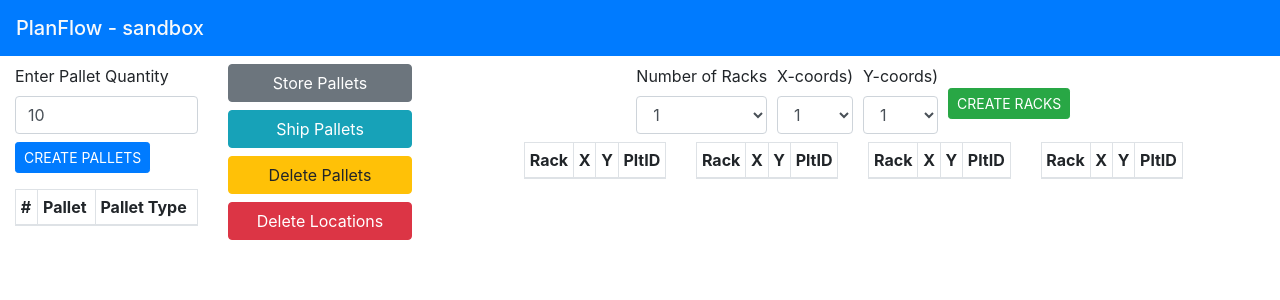
Repository: gholler76/planflow
Page: http://localhost/planflow/WEB-INF/home.jsp
These files come from the project's save history. The page is drawn as it stood at one moment and after the next save; the edit follows.
The browser window is 1280 px wide. The pictures show the whole page.
The page is served by Tomcat 9. Nobody is signed in. Other server files are loaded and not shown. The template is opened directly, without the code that normally fills it, so the values that code supplies are empty.

Above is the page before, as saved 2021-05-28 13:59:45.

### planflow/src/main/webapp/WEB-INF/home.jsp
<%@ page language="java" contentType="text/html; charset=UTF-8" pageEncoding="UTF-8"%>
<%@ taglib prefix="c" uri="http://java.sun.com/jsp/jstl/core"%>
<%@ taglib prefix="form" uri="http://www.springframework.org/tags/form"%>
<%@ page isErrorPage="true"%>
<%@ taglib prefix="fmt" uri="http://java.sun.com/jsp/jstl/fmt" %>
<%@ taglib prefix="fn" uri="http://java.sun.com/jsp/jstl/functions" %>

<!DOCTYPE html>
<html>
<head>
    <meta charset="UTF-8">
    <title>PlanFlow</title>
    <script src="https://code.jquery.com/jquery-3.5.1.slim.min.js" integrity="sha384-DfXdz2htPH0lsSSs5nCTpuj/zy4C+OGpamoFVy38MVBnE+IbbVYUew+OrCXaRkfj" crossorigin="anonymous"></script>
	<script src="https://cdn.jsdelivr.net/npm/bootstrap@4.6.0/dist/js/bootstrap.bundle.min.js" integrity="sha384-Piv4xVNRyMGpqkS2by6br4gNJ7DXjqk09RmUpJ8jgGtD7zP9yug3goQfGII0yAns" crossorigin="anonymous"></script>
    <link rel="stylesheet" href="https://cdn.jsdelivr.net/npm/bootstrap@4.6.0/dist/css/bootstrap.min.css" integrity="sha384-B0vP5xmATw1+K9KRQjQERJvTumQW0nPEzvF6L/Z6nronJ3oUOFUFpCjEUQouq2+l" crossorigin="anonymous">
</head>
<body>
	<nav class="navbar text-light bg-primary">
		<span class="navbar-brand mb-0 h1">PlanFlow - sandbox</span>
 		<div class="collapse navbar-collapse" id="navbarNavAltMarkup">
 			<div class="navbar-nav">
		      	<a class="nav-link active" href="#">Home <span class="sr-only">(current)</span></a>
		      	<a class="nav-link" href="#">Assumptions</a>
		      	<a class="nav-link" href="#">Ops Variables</a>
		      	<a class="nav-link" href="#">Warehouse Layout</a>
		      	<a class="nav-link" href="#">ERD</a>
	    	</div>
    	</div>
	</nav>
	<div class="container-fluid">
		<div class="row justify-content-between">
			<div class="col-2">
				<form action="/pallets" method="post" class="mt-2">
			      	<div class="form-group">
			      		<Label for="qty" class="form-label">Enter Pallet Quantity</Label>
			      		<input type="number" class="form-control" name="qty" value=10 />
			      		<input type="submit" value="CREATE PALLETS" class="btn btn-sm btn-primary mt-2"/>
			    	</div>
			    </form>
				<table class="table table-bordered table-sm">
					<thead>
						<tr>
							<th>#</th>
							<th>Pallet</th>
							<th>Pallet Type</th>
						</tr>
					</thead>
					<tbody>
						<c:set var="count" value="0" scope="page" />
						<c:forEach var="pallet" items="${pallets}">
						<c:if test="${pallet.location eq null }">
						<tr class="small">
							<th scope="row"><c:set var="count" value="${count + 1}" scope="page"/>${count}</th>
							<td>${pallet.palletid}</td>
							<td>${pallet.ptype}</td>
						</tr>
	 					</c:if>
						</c:forEach>
					</tbody>
				</table>
	 	 	</div>
	 	 	<div class="col-2">
				<form action="/move" method="post">
			  		<input class="btn btn-secondary mt-2 mb-2 btn-block" type="submit" value="Store Pallets">
			  		<input class="btn btn-info mb-2 btn-block" type="submit" value="Ship Pallets" formaction="/ship">
			  		<input class="btn btn-warning mb-2 btn-block" type="submit" value="Delete Pallets" formaction="/deleteP">
			  		<input class="btn btn-danger mb-2 btn-block" type="submit" value="Delete Locations" formaction="/deleteL">
			  	</form>
	 	 	</div>
	   	 		<div class="col-8">
	   	 			<div class="row justify-content-center">
	   	 				<form action="/locations" method="post">
	   	 				<input type="hidden" name="startRack" value=100>
							<div class="form-row align-items-center mt-2">
							    <div class="col-auto">
							      <label for="rackCount">Number of Racks</label>
							      <select class="form-control mb-2" name="rackCount">
							      	<option value=+1>1</option>
							      	<option value=+2>2</option>
							      	<option value=+3>3</option>
							      	<option value=+4>4</option>
							      </select>
							    </div>
							    <div class="col-auto">
							      <label for="xcoors">X-coords)</label>
							      <select class="form-control mb-2" name="xcoors">
							      	<option value=+1>1</option>
							      	<option value=+2>2</option>
							      	<option value=+3>3</option>
							      	<option value=+4>4</option>
							      	<option value=+5>5</option>
							      	<option value=+6>6</option>
							      	<option value=+7>7</option>
							      	<option value=+8>8</option>
							      	<option value=+9>9</option>
							      	<option value=+10>10</option>
							      	<option value=+11>11</option>
							      	<option value=+12>12</option>
							      	<option value=+13>13</option>
							      	<option value=+14>14</option>
							      	<option value=+15>15</option>
							      	<option value=+16>16</option>
							      	<option value=+17>17</option>
							      	<option value=+18>18</option>
							      	<option value=+19>19</option>
							      	<option value=+20>20</option>
							      </select>
							    </div>
							    <div class="col-auto">
							      <label for="ycoors">Y-coords)</label>
							      <select class="form-control mb-2" name="ycoors">
							      	<option value=+1>1</option>
							      	<option value=+2>2</option>
							      	<option value=+3>3</option>
							      	<option value=+4>4</option>
							      	<option value=+5>5</option>
							      </select>
							    </div>
							    <div class="col-auto">
							      <button type="submit" class="btn btn-success btn-sm">CREATE RACKS</button>
							    </div>
							  </div>
							</form>
		   	 			</div>
		   	 			<div class="row justify-content-center">
		   	 				<div class="col-auto">
		   	 					<table class="table-sm table-bordered">
		   	 						<thead>
		   	 							<tr>
		   	 								<th>Rack</th>
		   	 								<th>X</th>
		   	 								<th>Y</th>
		   	 								<th>PltID</th>
		   	 							</tr>
		   	 						</thead>
		   	 						<tbody>
		   	 						<c:forEach var="location" items="${locations}">
	   	 								<c:if test="${location.rack eq '101'}">
			   	 							<tr class="small">
			   	 								<td>${location.rack}</td>
			   	 								<td>${location.xcoor}</td>
			   	 								<td>${location.ycoor}</td>
			   	 								<td>${location.pallet.palletid}</td>
			   	 							</tr>
		   	 							</c:if>
	   	 							</c:forEach>
				   	 				</tbody>
				   	 			</table>
				   	 		</div>
		   	 				<div class="col-auto">
		   	 					<table class="table-sm table-bordered">
		   	 						<thead>
		   	 							<tr>
		   	 								<th>Rack</th>
		   	 								<th>X</th>
		   	 								<th>Y</th>
		   	 								<th>PltID</th>
		   	 							</tr>
		   	 						</thead>
		   	 						<tbody>
		   	 						<c:forEach var="location" items="${locations}">
	   	 								<c:if test="${location.rack eq '102'}">
			   	 							<tr class="small">
			   	 								<td>${location.rack}</td>
			   	 								<td>${location.xcoor}</td>
			   	 								<td>${location.ycoor}</td>
			   	 								<td>${location.pallet.palletid}</td>
			   	 							</tr>
		   	 							</c:if>
	   	 							</c:forEach>
				   	 				</tbody>
				   	 			</table>
				   	 		</div>
		   	 				<div class="col-auto">
		   	 					<table class="table-sm table-bordered">
		   	 						<thead>
		   	 							<tr>
		   	 								<th>Rack</th>
		   	 								<th>X</th>
		   	 								<th>Y</th>
		   	 								<th>PltID</th>
		   	 							</tr>
		   	 						</thead>
		   	 						<tbody>
		   	 						<c:forEach var="location" items="${locations}">
	   	 								<c:if test="${location.rack eq '103'}">
			   	 							<tr class="small">
			   	 								<td>${location.rack}</td>
			   	 								<td>${location.xcoor}</td>
			   	 								<td>${location.ycoor}</td>
			   	 								<td>${location.pallet.palletid}</td>
			   	 							</tr>
		   	 							</c:if>
	   	 							</c:forEach>
				   	 				</tbody>
				   	 			</table>
				   	 		</div>
		   	 				<div class="col-auto">
		   	 					<table class="table-sm table-bordered">
		   	 						<thead>
		   	 							<tr>
		   	 								<th>Rack</th>
		   	 								<th>X</th>
		   	 								<th>Y</th>
		   	 								<th>PltID</th>
		   	 							</tr>
		   	 						</thead>
		   	 						<tbody>
		   	 						<c:forEach var="location" items="${locations}">
	   	 								<c:if test="${location.rack eq '104'}">
			   	 							<tr class="small">
			   	 								<td>${location.rack}</td>
			   	 								<td>${location.xcoor}</td>
			   	 								<td>${location.ycoor}</td>
			   	 								<td>${location.pallet.palletid}</td>
			   	 							</tr>
		   	 							</c:if>
	   	 							</c:forEach>
				   	 				</tbody>
				   	 			</table>
				   	 		</div>
			 			</div>
			 		</div>
	    	</div>
		</div>
</body>
</html>

After the next save:
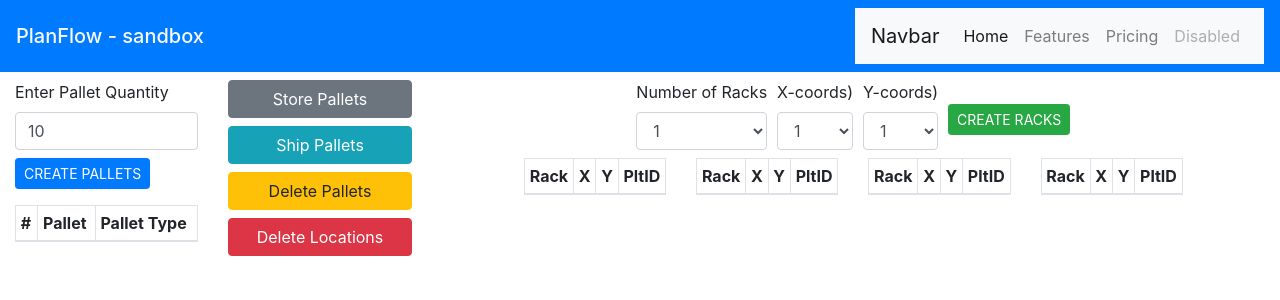
Saved 100 s later.
--- a/planflow/src/main/webapp/WEB-INF/home.jsp
+++ b/planflow/src/main/webapp/WEB-INF/home.jsp
@@ -17,15 +17,20 @@
 <body>
 	<nav class="navbar text-light bg-primary">
 		<span class="navbar-brand mb-0 h1">PlanFlow - sandbox</span>
- 		<div class="collapse navbar-collapse" id="navbarNavAltMarkup">
- 			<div class="navbar-nav">
-		      	<a class="nav-link active" href="#">Home <span class="sr-only">(current)</span></a>
-		      	<a class="nav-link" href="#">Assumptions</a>
-		      	<a class="nav-link" href="#">Ops Variables</a>
-		      	<a class="nav-link" href="#">Warehouse Layout</a>
-		      	<a class="nav-link" href="#">ERD</a>
-	    	</div>
-    	</div>
+ 		<nav class="navbar navbar-expand-lg navbar-light bg-light">
+	  <a class="navbar-brand" href="#">Navbar</a>
+	  <button class="navbar-toggler" type="button" data-toggle="collapse" data-target="#navbarNavAltMarkup" aria-controls="navbarNavAltMarkup" aria-expanded="false" aria-label="Toggle navigation">
+	    <span class="navbar-toggler-icon"></span>
+	  </button>
+	  <div class="collapse navbar-collapse" id="navbarNavAltMarkup">
+	    <div class="navbar-nav">
+	      <a class="nav-link active" href="#">Home <span class="sr-only">(current)</span></a>
+	      <a class="nav-link" href="#">Features</a>
+	      <a class="nav-link" href="#">Pricing</a>
+	      <a class="nav-link disabled" href="#" tabindex="-1" aria-disabled="true">Disabled</a>
+	    </div>
+	  </div>
+	</nav>
 	</nav>
 	<div class="container-fluid">
 		<div class="row justify-content-between">
